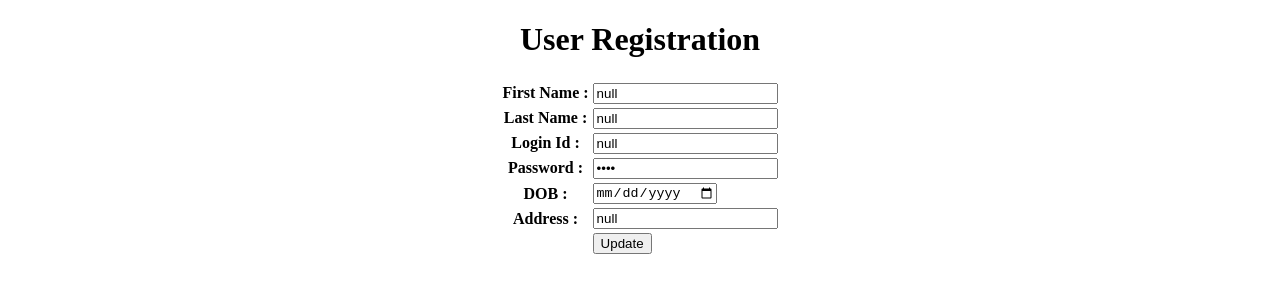
Repository: HimanshuJain1991/ProjectModuleUseCase
Page: http://localhost/Practice/UserView.jsp
The author's editor kept a copy of each file at every save. The page is drawn from the files as they stood at one save, then again after the next save.
The browser window is 1280 px wide. The pictures show the whole page.
The page is served by Tomcat 9.

Above is the page before, as saved 2024-02-27 20:18:10.

After the next save:
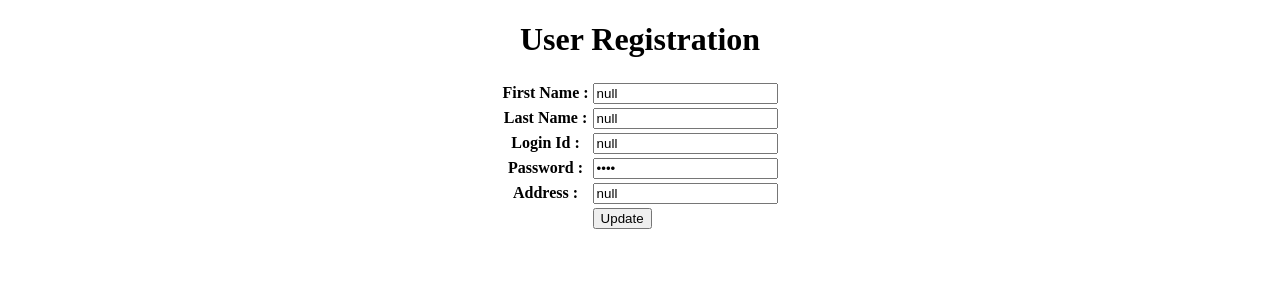
Saved 28 s later.
--- a/Practice/src/main/webapp/UserView.jsp
+++ b/Practice/src/main/webapp/UserView.jsp
@@ -34,11 +34,11 @@ UserDTO dto=new UserDTO();
 					<td><input type="password" name="password" value="<%=dto.getPassword()%>"  ></td>
 
 				</tr>
-				<tr>
+				<%-- <tr>
 					<th>DOB :</th>
 					<td><input type="date" name="dob" value="<%=dto.getDob()%>"></td>
 
-				</tr>
+				</tr> --%>
 				<tr>
 					<th>Address :</th>
 					<td><input type="text" name="address" value="<%=dto.getAddress()%>"></td>
